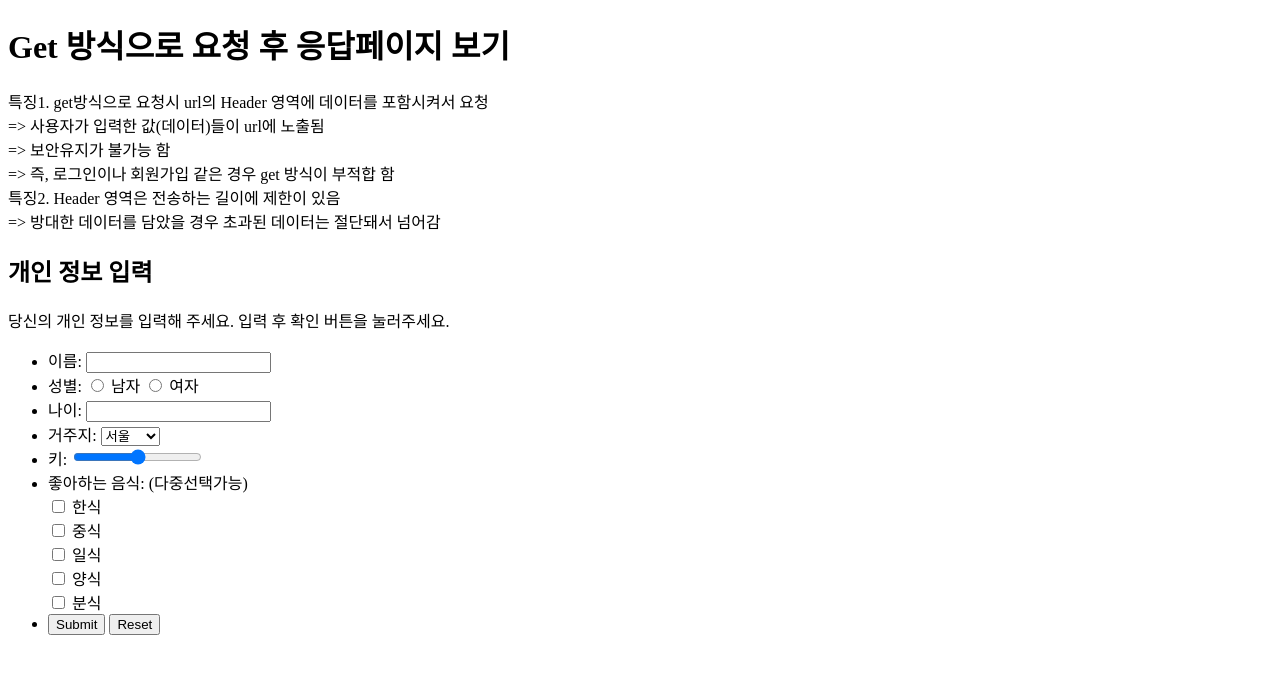
Repository: 1400CP/05_server-workspace1
Page: 1_Servlet/WebContent/views/requestTest_GET.html
An editor plug-in stored every save of this project. The page is shown before and after the next save, followed by the edit.
The browser window is 1280 px wide. The pictures show the whole page.

Above is the page before, as saved 2025-02-14 02:09:50.

### 1_Servlet/WebContent/views/requestTest_GET.html
<!DOCTYPE html>
<html>
<head>
<meta charset="UTF-8">
<title>Insert title here</title>
<style>
	ul{
		list-style: 20px;
		list-style-position: ;

	}

</style>
</head>
<body>

	<h1>Get 방식으로 요청 후 응답페이지 보기</h1>
	<p>
		특징1. get방식으로 요청시 url의 Header 영역에 데이터를 포함시켜서 요청 <br>
			=> 사용자가 입력한 값(데이터)들이 url에 노출됨 <br>
			=> 보안유지가 불가능 함 <br>
			=> 즉, 로그인이나 회원가입 같은 경우 get 방식이 부적합 함 <br>

		특징2. Header 영역은 전송하는 길이에 제한이 있음 <br>
			=> 방대한 데이터를 담았을 경우 초과된 데이터는 절단돼서 넘어감 <br>

	</p>


	<h2>개인 정보 입력</h2>
	<p>당신의 개인 정보를 입력해 주세요. 입력 후 확인 버튼을 눌러주세요.</p>


	<!-- method는 GET 또는 POST가 있다. -->
	<!-- get 방식으로 하면 정보가 다 보인다. -->
	<form action="test.do" method="GET">
		<!-- ul>li*7 -->
		<ul>
			<li>
				이름: <input type="text" name="name">
			</li>
			<li>
				<!-- 라디오는 밸류값을 써줘야 DB에서 확인 가능 -->
				성별:
				<input type="radio" name="gender" value="M"> 남자
				<input type="radio" name="gender" value="F"> 여자
			</li>
			<li>
				나이: <input type="number" name="age">
			</li>
			<li>
				거주지:
				<select name="city">
					<option value="">서울</option>
					<option value="">경기도</option>
					<option value="">강원도</option>
					<option value="">충청도</option>
					<option value="">경상도</option>
					<option value="">전라도</option>
				</select>
			</li>
			<li>
				키: <input type="range" name="height" min="140" max="200">
			</li>
			<li>
				좋아하는 음식: (다중선택가능)  <br>
				<input type="checkbox" name="food" value="한식"> 한식 <br>
				<input type="checkbox" name="food" value="중식"> 중식 <br>
				<input type="checkbox" name="food" value="일식"> 일식 <br>
				<input type="checkbox" name="food" value="양식"> 양식 <br>
				<input type="checkbox" name="food" value="분식"> 분식 <br>
			</li>
			<li>
				<input type="submit">
				<input type="reset">
			</li>
		</ul>
	</form>


</body>
</html>

After the next save:
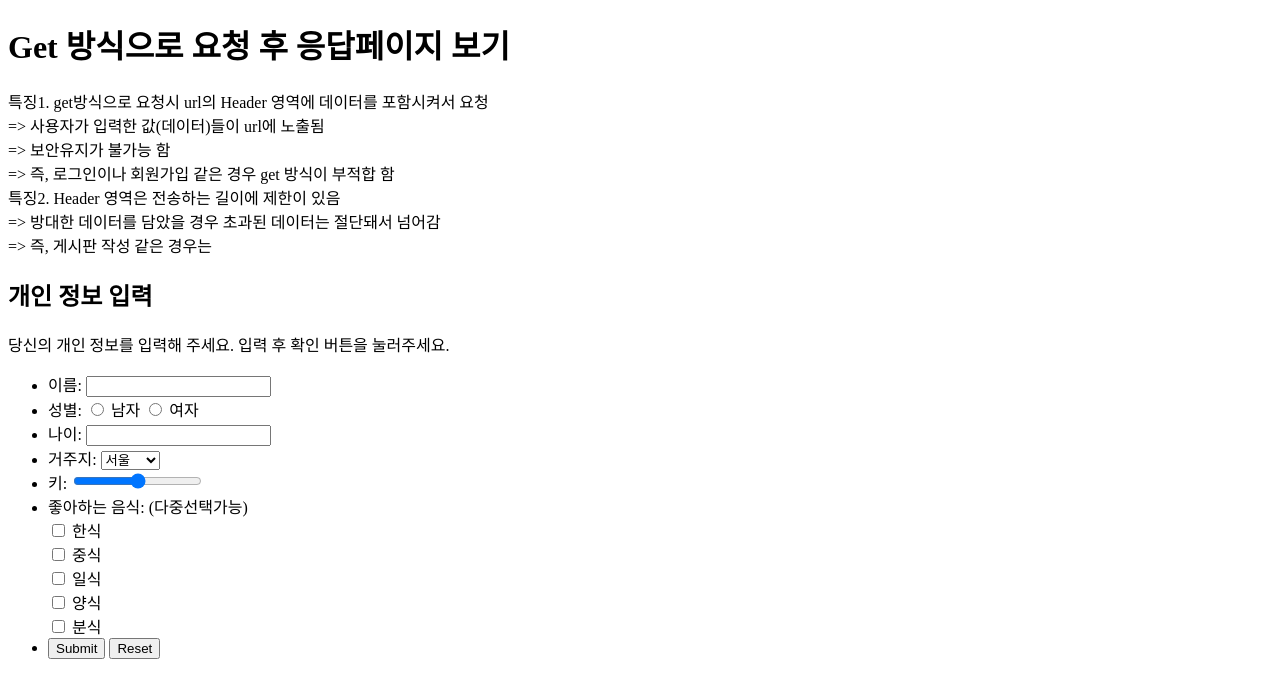
Saved 16 s later.
--- a/1_Servlet/WebContent/views/requestTest_GET.html
+++ b/1_Servlet/WebContent/views/requestTest_GET.html
@@ -23,6 +23,7 @@
 
 		특징2. Header 영역은 전송하는 길이에 제한이 있음 <br>
 			=> 방대한 데이터를 담았을 경우 초과된 데이터는 절단돼서 넘어감 <br>
+			=> 즉, 게시판 작성 같은 경우는
 
 	</p>
 
